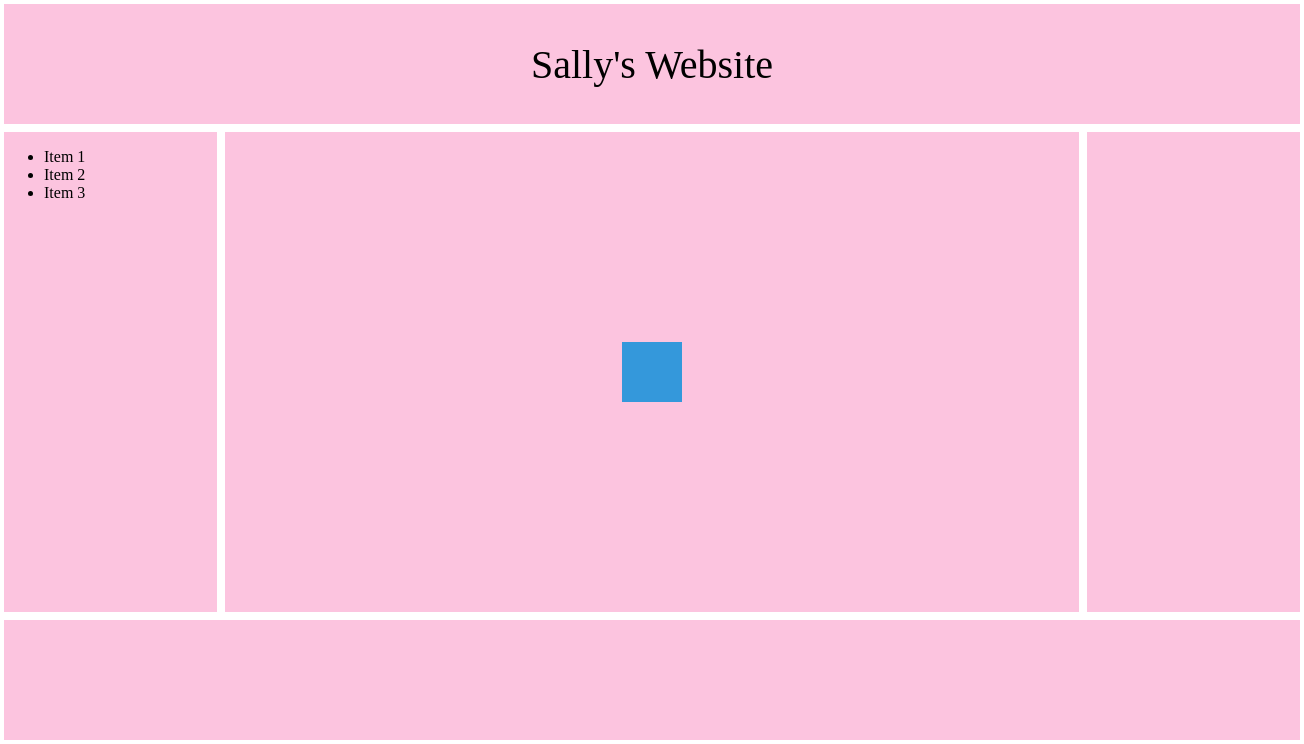
Repository: tianjiewang2022/tianjiewang2022.github.io
Page: index.html
The author's editor kept a copy of each file at every save. The page is drawn from the files as they stood at one save, then again after the next save.
The browser window is 1280 px wide. The page is 1304 px wide, so the pictures cover 1304 px, including what lies to the right of the window. The pictures show the whole page.

Above is the page before, as saved 2023-10-03 18:47:19.

After the next save:
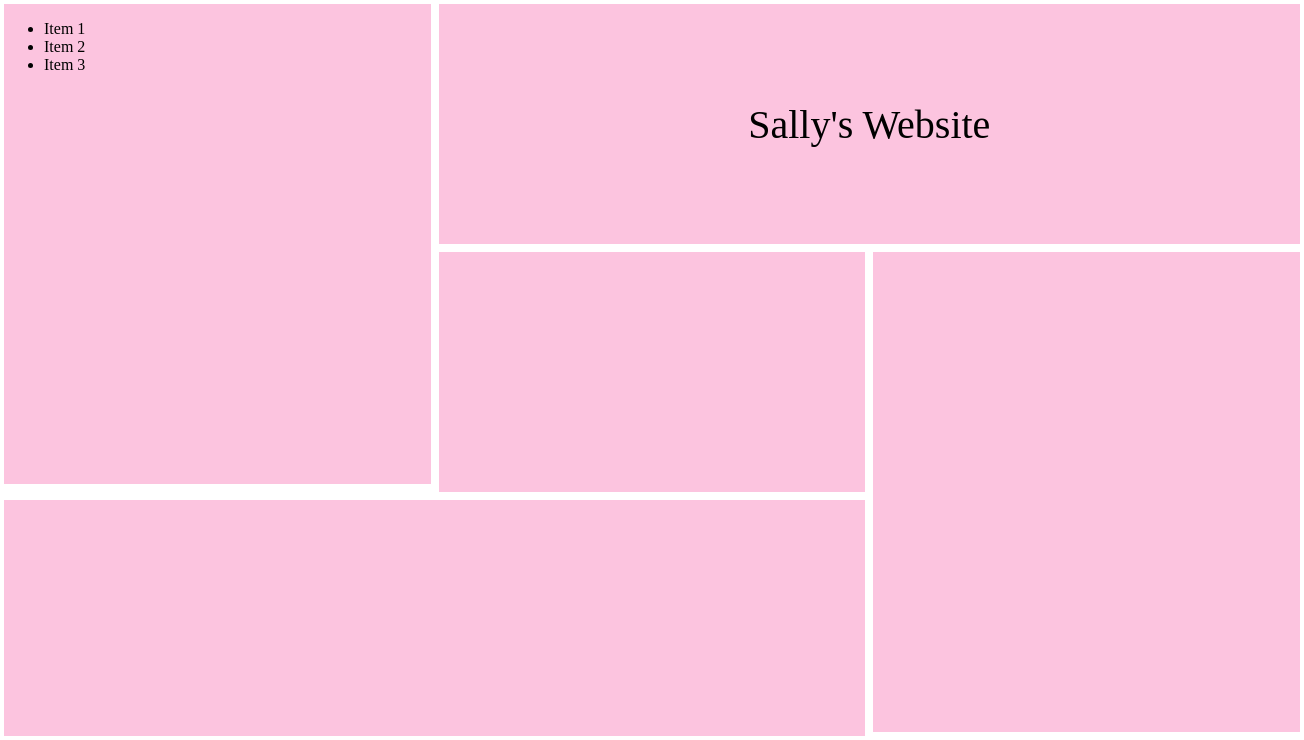
Saved 4 min 46 s later.
--- a/index.html
+++ b/index.html
@@ -10,33 +10,33 @@
                 margin: 0;
                 padding: 0;
                 display: grid;
-                grid-template-rows: repeat(6, 1fr);
-                grid-template-columns: repeat(6, 1fr);
+                grid-template-rows: repeat(3, 1fr);
+                grid-template-columns: repeat(3, 1fr);
                 height: 100vh;
             }
 
             header {
                 background-color: rgb(252, 196, 223);
                 color: rgb(0, 0, 0);
-                grid-column: 1 / span 6;
+                grid-column: 2 / span 2;
                 grid-row: 1 / span 1;
                 display: flex;
                 justify-content: center;
                 align-items: center;
                 font-size: 40px;
                 z-index: 100;
-                height: calc(100vh / 6);
+                height: calc(100vh / 3);
                 /* Set the height of the header */
                 border: 4px solid #fff;
             }
 
             .left_bar {
                 background-color: rgb(252, 196, 223);
-                grid-row: 2 / span 4;
+                grid-row: 1 / span 2;
                 grid-column: 1 / span 1;
-                height: calc(4 * (100vh / 6));
+                height: calc(2 * (100vh / 3));
                 /* Set the height of the left bar */
-                width: calc(1 * (100vw / 6));
+                width: calc(1 * (100vw / 3));
                 /* Set the width of the left bar */
                 /* Position the left bar at the left side */
                 border: 4px solid #fff;
@@ -44,21 +44,20 @@
 
             .main_area {
                 background-color: rgb(252, 196, 223);
-                grid-row: 2 / span 4;
-                grid-column: 2 / span 4;
+                grid-row: 2 / span 1;
+                grid-column: 2 / span 1;
                 display: flex;
                 grid-template-columns: 1fr;
                 flex-wrap: wrap;
                 justify-content: center;
                 position: relative;
-                height: calc(4 * (100vh / 6));
-                width: calc(4 * (100vw / 6));
+                height: calc(1 * (100vh / 3));
+                width: calc(1 * (100vw / 3));
                 align-items: center;
                 border: 4px solid #fff;
             }
 
-            /* Initial box style */
-            .box {
+            Initial box style .box {
                 width: 60px;
                 height: 60px;
                 background-color: #3498db;
@@ -79,11 +78,11 @@
 
             .right_bar {
                 background-color: rgb(252, 196, 223);
-                grid-row: 2 / span 4;
-                grid-column: 6 / span 1;
-                height: calc(4 * (100vh / 6));
+                grid-row: 2 / span 2;
+                grid-column: 3 / span 1;
+                height: calc(2 * (100vh / 3));
                 /* Set the height of the left bar */
-                width: calc(1 * (100vw / 6));
+                width: calc(1 * (100vw / 3));
                 /* Set the width of the left bar */
                 /* Position the left bar at the left side */
                 border: 4px solid #fff;
@@ -91,14 +90,13 @@
 
             footer {
                 background-color: rgb(252, 196, 223);
-                grid-column: 1 / span 6;
-                grid-row: 6 / span 1;
+                grid-column: 1 / span 2;
+                grid-row: 3 / span 1;
                 /* Place the footer in the last row */
                 display: flex;
                 justify-content: center;
                 align-items: center;
                 z-index: 100;
-                height: calc(100vh / 6);
                 /* Set the height of the footer */
                 border: 4px solid #fff;
             }
